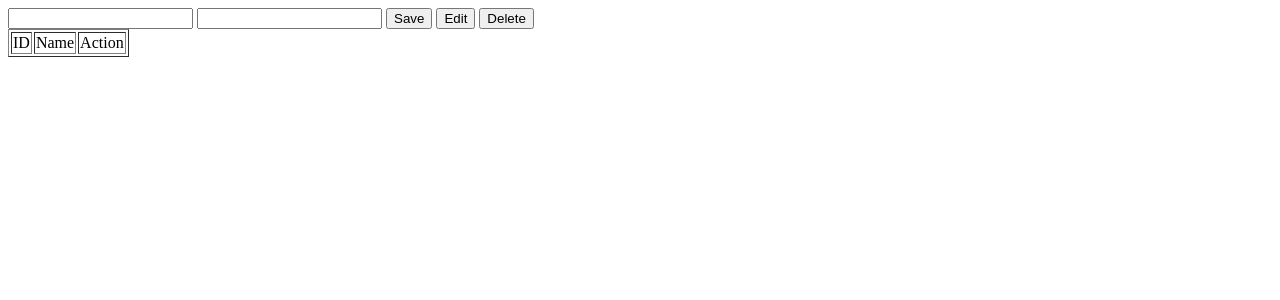
Repository: minhtuan16/JS-Basic
Page: JavaScript Begin/htmldom.html
These files come from the project's save history. The page is drawn as it stood at one moment and after the next save; the edit follows.
The browser window is 1280 px wide. The pictures show the whole page.

Above is the page before, as saved 2022-06-03 20:15:00.

### JavaScript Begin/htmldom.html
<!DOCTYPE html>
<html lang="en">
<head>
    <meta charset="UTF-8">
    <meta http-equiv="X-UA-Compatible" content="IE=edge">
    <meta name="viewport" content="width=device-width, initial-scale=1.0">
    <title>Document</title>
</head>
<body>
    <form action="" id="form">
        <input type="text" id="id" value="">
        <input type="text" id="name" value="">
        <button type="button" id="saveBtn" onclick="create()">Save</button>
        <button type="button" id="saveBtn" onclick="create()">Edit</button>
        <button type="button" id="saveBtn" onclick="create()">Delete</button>
    </form>
    <table border="1px">
        <tr>
            <td>ID</td>
            <td>Name</td>
            <td>Action</td>
        </tr>

        <tbody id="tableBody">

        </tbody>
    </table>

    <script>
        var data = [
            {id:1, name:"P1"},
            {id:2, name:"P2"},
            {id:3, name:"P3"}
        ]

        function drawTr(person) {
            var tr = document.createElement("tr");
            var tdId = document.createElement("td");
            var tdName = document.createElement("td");
            var tdOption = document.createElement("td");

            var delBtn = document.createElement("button");
            var editBtn = document.createElement("button");

            delBtn.innerText = 'Delete';
            editBtn.innerText = 'Edit';
            tdId.innerHTML = person.id;
            tdName.innerHTML = person.name;

            tr.appendChild(tdId);
            tr.appendChild(tdName);

            var tableBody = document.getElementById("tableBody");
            tableBody.appendChild(tr);
        }

        function resetDrawTable(persons) {

            var tableBody = document.getElementById("tableBody");
            tableBody.innerHTML = "";

            for(var i = 0; i < persons.length; i++) {
                drawTr(persons[i]);
            }
        }

        //goi ham in ra toan bo mang
        // resetDrawTable(data);

        // doc du lieu tu form ben tren
        function create() {

            var idInput = document.getElementById("id");
            var nameInput = document.getElementById("name");
            // var saveInput = document.getElementById("saveBtn");

            var id = idInput.value;
            var name = nameInput.value;

            var p = {id: id, name: name};

            // data.push(p);
            var data1 = [];
            data1.push(p);

            resetDrawTable(data1);
        }
    </script>
</body>
</html>

After the next save:
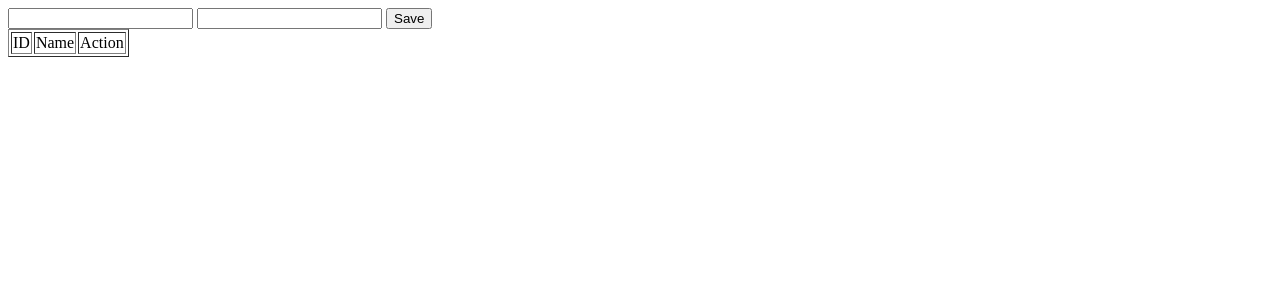
Saved 8 s later.
--- a/JavaScript Begin/htmldom.html
+++ b/JavaScript Begin/htmldom.html
@@ -11,8 +11,7 @@
         <input type="text" id="id" value="">
         <input type="text" id="name" value="">
         <button type="button" id="saveBtn" onclick="create()">Save</button>
-        <button type="button" id="saveBtn" onclick="create()">Edit</button>
-        <button type="button" id="saveBtn" onclick="create()">Delete</button>
+
     </form>
     <table border="1px">
         <tr>
